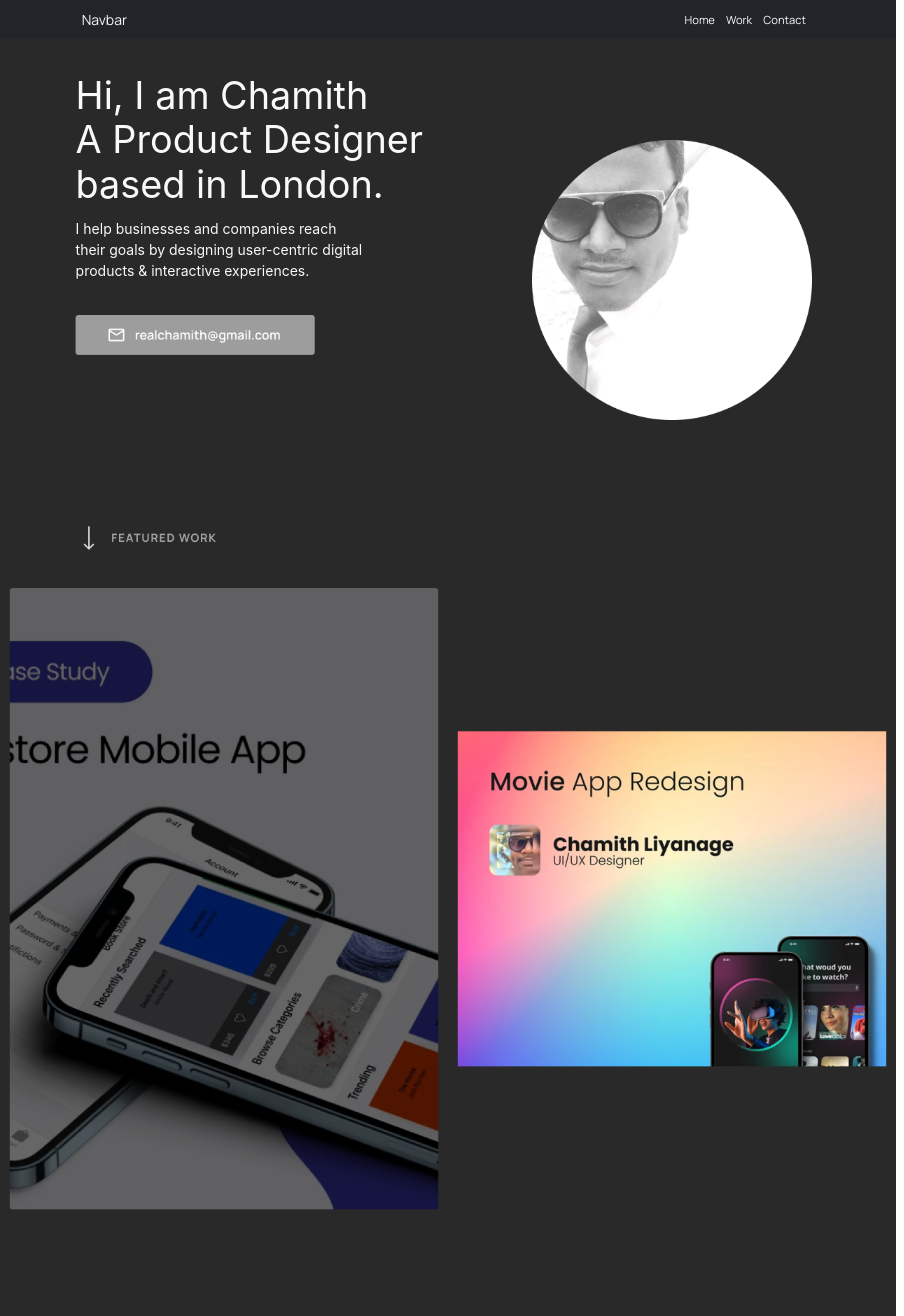
Repository: Realchamithweb/chamith-html
Page: index.html
An editor plug-in stored every save of this project. The page is shown before and after a run of saves, followed by the edit.
The browser window is 1280 px wide. The page is 1292 px wide, so the pictures cover 1292 px, including what lies to the right of the window. The pictures show the part of the page from y = 0 to 1880 px (the page is 4225 px tall before and 4153 px after), at 70% of full size.

Above is the page before, as saved 2023-01-04 16:26:32.

After the next 2 saves:
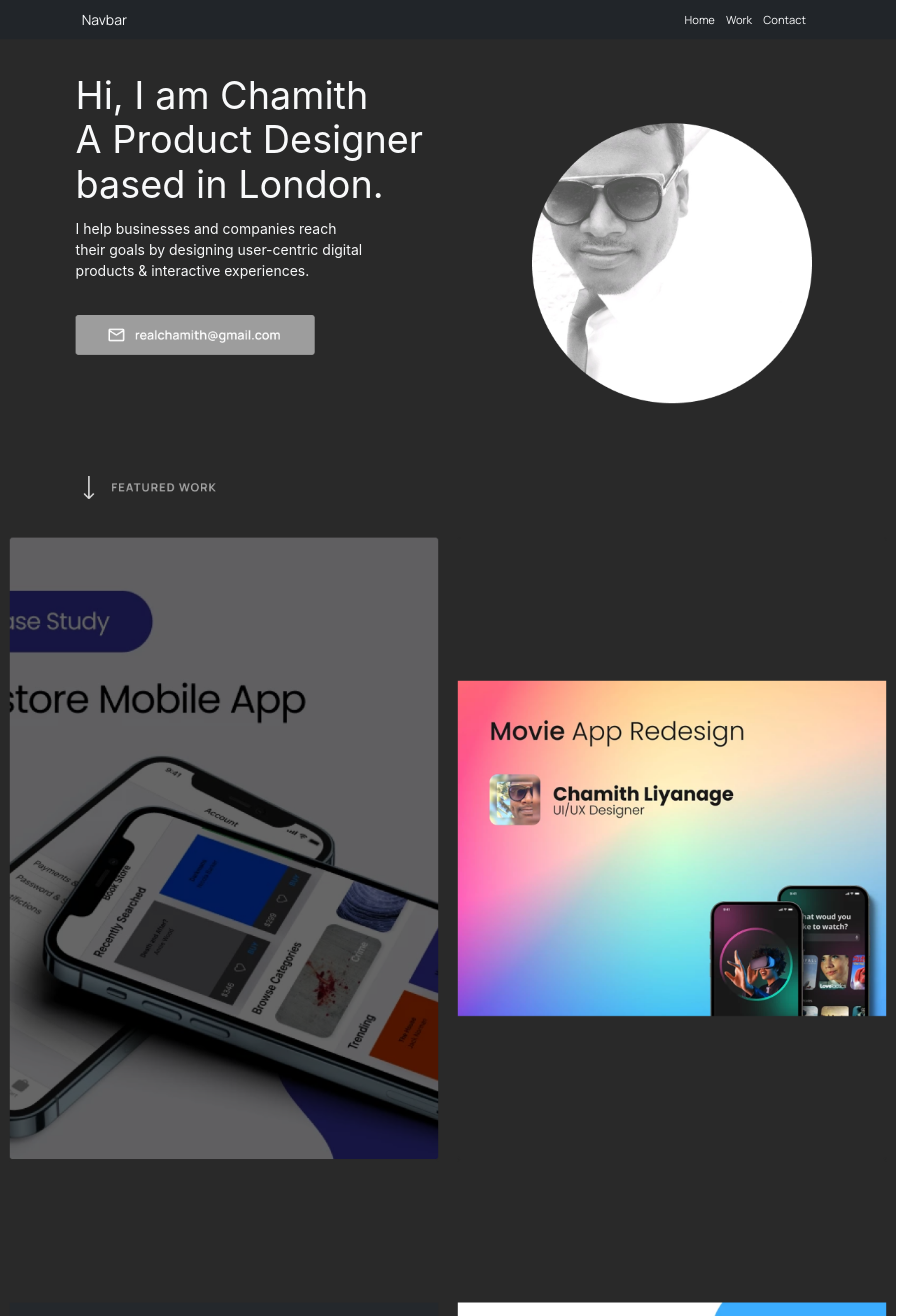
The 2 saves are shown as one change because they came seconds apart.
The last was saved 63 s later.
--- a/index.html
+++ b/index.html
@@ -56,7 +56,7 @@
                                 <img src="/inc/Btn.png" class="hero-btn">
                             </div>
                         </div>
-                        <div class="col-lg-6 d-flex justify-content-center mb-5 mt-5">
+                        <div class="col-lg-6 d-flex justify-content-center mt-4">
                             <img src="/inc/unsplash_XHVpWcr5grQ.png"" class="hero-img">
                         </div>
                     </div>
